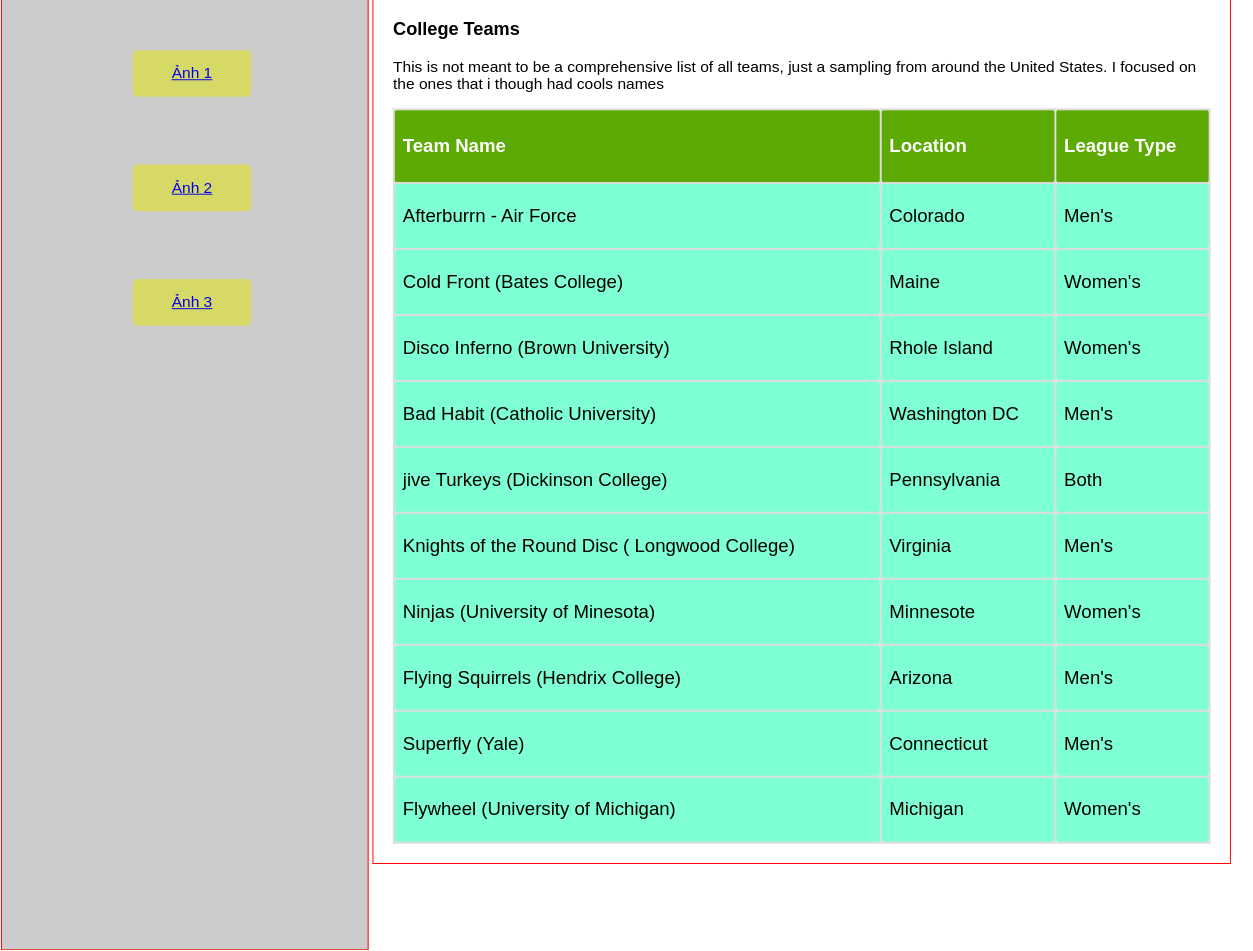
Repository: Tram-anh99/Blockchain_Funix
Page: CSS/Lab6_2.html
These files come from the project's save history. The page is drawn as it stood at one moment and after the next save; the edit follows.
The browser window is 1280 px wide. The page is 1292 px wide, so the pictures cover 1292 px, including what lies to the right of the window. The pictures show the part of the page from y = 176 to 1156 px (the page is 1156 px tall), at 97% of full size.

Above is the page before, as saved 2023-07-20 00:37:26.

### CSS/Lab6_2.html
<!DOCTYPE html>
<html lang="en">
      <head>
            <title></title>
            <meta charset="UTF-8">
            <meta name="viewport" content="width=device-width, initial-scale=1">
            <link href="Lab6_2.css" rel="stylesheet">
      </head>
      <body>
            <header>
                  <h1>ULIMATE FRISBEE TEAMS</h1>
                  <div>
                        <p>Home</p>
                        <p>Teams</p>
                        <p>History</p>
                        <p>USA Ultimate</p>
                  </div>
            </header>
            <section>
                  <nav>
                        <ul>
                          <ol><a href="#">Ảnh 1</a></ol>
                          <ol><a href="#">Ảnh 2</a></ol>
                          <ol><a href="#">Ảnh 3</a></ol>
                        </ul>
                      </nav>

                      <article>
                        <h1>College Teams</h1>
                        <p>This is not meant to be a comprehensive list of all teams, just a sampling from around the United States. I focused on the ones that i though had cools names</p>
                        <table>
                              <tr>
                                    <th>Team Name</th>
                                    <th>Location</th>
                                    <th>League Type</th>
                              </tr>
                              <tr>
                                    <td>Afterburrn - Air Force</td>
                                    <td>Colorado</td>
                                    <td>Men's</td>
                              </tr>
                              <tr>
                                    <td>Cold Front (Bates College)</td>
                                    <td>Maine</td>
                                    <td>Women's</td>
                              </tr>
                              <tr>
                                    <td>Disco Inferno (Brown University)</td>
                                    <td>Rhole Island</td>
                                    <td>Women's</td>
                              </tr>
                              <tr>
                                    <td>Bad Habit (Catholic University)</td>
                                    <td>Washington DC</td>
                                    <td>Men's</td>
                              </tr>
                              <tr>
                                    <td>jive Turkeys (Dickinson College)</td>
                                    <td>Pennsylvania</td>
                                    <td>Both</td>
                              </tr>
                              <tr>
                                    <td>Knights of the Round Disc ( Longwood College)</td>
                                    <td>Virginia</td>
                                    <td>Men's</td>
                              </tr>
                              <tr>
                                    <td>Ninjas (University of Minesota)</td>
                                    <td>Minnesote</td>
                                    <td>Women's</td>
                              </tr>
                              <tr>
                                    <td>Flying Squirrels (Hendrix College)</td>
                                    <td>Arizona</td>
                                    <td>Men's</td>
                              </tr>
                              <tr>
                                    <td>Superfly (Yale)</td>
                                    <td>Connecticut</td>
                                    <td>Men's</td>
                              </tr>
                              <tr>
                                    <td>Flywheel (University of Michigan)</td>
                                    <td>Michigan</td>
                                    <td>Women's</td>
                              </tr>
                        </table>
                      </article>
            </section>
            <footer>

            </footer>
      </body>
</html>

### CSS/Lab6_2.css
* {
      box-sizing: border-box;
}

body {
      font-family: Arial, Helvetica, sans-serif;
}
header{
    background-image:url("./img/img1.jpg") ;
    margin: -20px;
}
header h1 {
      text-align: center;
      font-style: inherit;
      font-size: larger;
      padding: 20px;
}
header p{
      margin: 30px;
      padding: 15px 35px;
      text-decoration: dotted;
      border-radius: 5px;
      opacity: inherit;
      text-align: center;
      display: inline-flex;
      justify-content:space-between;
      align-items: center;
      flex-flow: 1;
      background: rgba(224, 228, 22, 0.555);
      opacity: 5px;
}
nav  {
      margin-left: -7px;
      margin-right: 4px;
      float: left;
      width: 30%;
      height: 1000px;
      background: #ccc;
      padding: 20px;
      border: 1px solid red;
    }
nav a{
      margin: 35px;
      padding: 15px 40px;
      border-radius: 5px;
      opacity: inherit;
      text-align: left;
      display: inline-flex;
      justify-content:space-between;
      float: left;
      align-items:flex-start;
      background: rgba(224, 228, 22, 0.555);
      opacity: 5px;
}
article{
      margin-right: 3px;
      margin-left: -6px;
      float: right;
      width: 70%;
      background: #ffffff;
      padding: 20px;
      border: 1px solid red;
}
table {
      font:500;
      width: 100%;
      line-height: 50px;
      border-collapse: collapse;
      text-align: left;
      font-size: larger;
      border: 2px solid rgb(155, 194, 47);
      border-radius: 5px;
}
td,th{
      border: 2px solid #ddd;
      padding: 8px;
      border-radius: 5px;
}
th {
      padding-top: 12px;
      padding-bottom: 12px;
      text-align: left;
      background-color: #5daa04;
      color: white;
      border-radius: 5px;
}
tr{
      background-color: aquamarine;
}

After the next save:
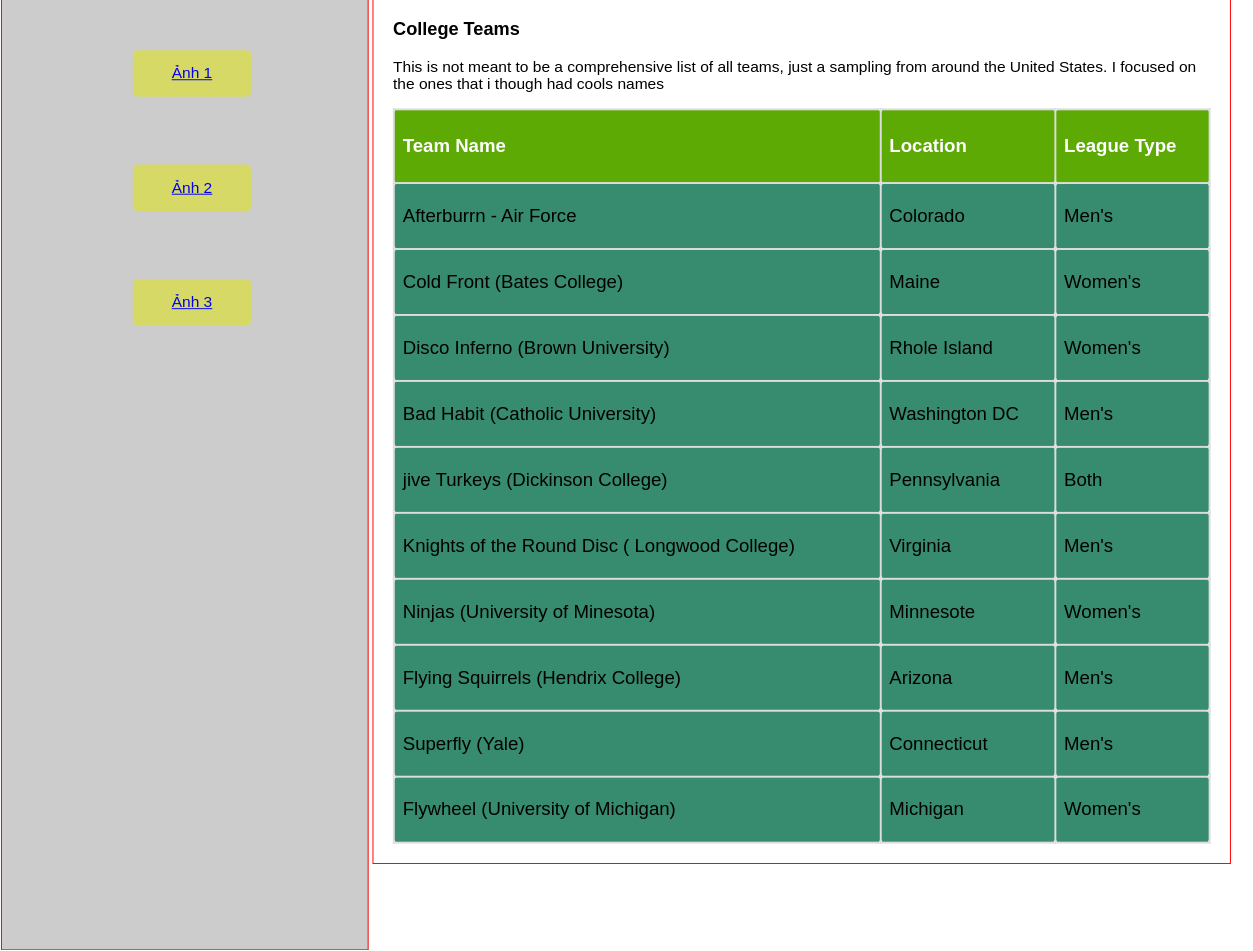
Saved 5 s later.
--- a/CSS/Lab6_2.css
+++ b/CSS/Lab6_2.css
@@ -85,5 +85,5 @@
       border-radius: 5px;
 }
 tr{
-      background-color: aquamarine;
+      background-color: rgb(55, 139, 111);
 }
